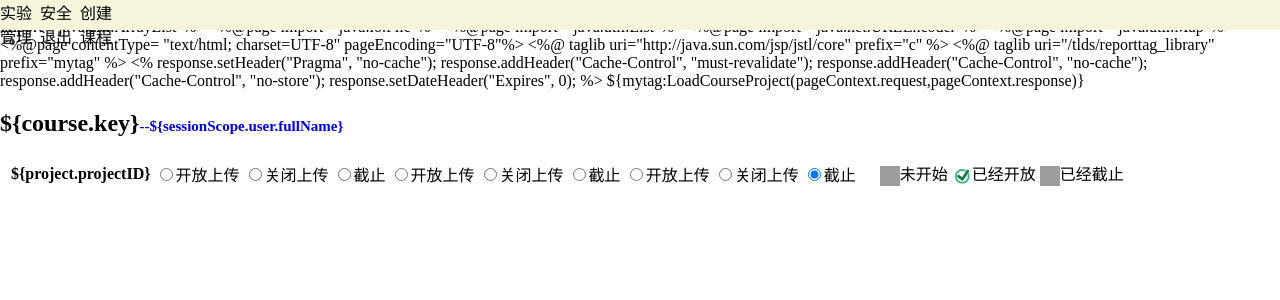
Repository: IAmJiangWenHao/ReportServer
Page: web/demo.html
The author's editor kept a copy of each file at every save. The page is drawn from the files as they stood at one save, then again after the next save.
The browser window is 1280 px wide. The pictures show the whole page.
Pictures or frames that could not be fetched are drawn as grey boxes.

Above is the page before, as saved 2023-05-18 16:24:25.

### web/demo.html
<%@page import="com.report.javabeans.ExpClass"%>
<%@page import="com.report.javabeans.Project"%>
<%@page import="com.report.javabeans.User"%>
<%@page import="java.util.ArrayList"%>
<%@page import="java.io.File"%>
<%@page import="java.util.List"%>
<%@page import="java.net.URLEncoder"%>
<%@page import="java.util.Map"%>
<%@page contentType= "text/html; charset=UTF-8" pageEncoding="UTF-8"%>

<%@ taglib uri="http://java.sun.com/jsp/jstl/core" prefix="c" %>
<%@ taglib uri="/tlds/reporttag_library" prefix="mytag" %>
<!--script type="text/javascript" src="${pageContext.request.contextPath}/script/scriptV1.js?v=1.0"></script-->
<!DOCTYPE html>
<html>
  <%
    response.setHeader("Pragma", "no-cache");
    response.addHeader("Cache-Control", "must-revalidate");
    response.addHeader("Cache-Control", "no-cache");
    response.addHeader("Cache-Control", "no-store");
    response.setDateHeader("Expires", 0);
  %>
  <head>
    <meta http-equiv="Content-Type" content="text/html; charset=UTF-8">
    <title>实验上传系统 </title>
  </head>
  <body style="margin:0">
    ${mytag:LoadCourseProject(pageContext.request,pageContext.response)}
    <script>
      window.onload = function () {//Ajax实现更新项目状态
        var ratios = document.getElementsByTagName("input");//获取所有input（本页面的input只有单选按钮）
        var map = new Map();//记录单选按钮旧值
        for (var i = 0; i < ratios.length; i++) {
          map.set((i + 1).toString(), ratios[i].checked);
          //oninput事件在input的值发生改变时触发，这里监听单选按钮值得改变
          ratios[i].oninput = function () {
            var r = false;
            if (this.value === "deadline") {//是否选择截止
              //是否确认修改
              r = confirm("截止后不可再设置，确定截止？");
            }
            //取消截止
            if (this.value === "deadline" && r === false) {
              var list = document.getElementsByName(this.name);
              for (var j = 0; j < list.length; j++)
                list[j].checked = map.get(list[j].id);
              return;
            }
            ratioName = this.name;
            //确定截止，不允许再更改状态
            if (this.value === "deadline") {
              var list = document.getElementsByName(this.name);
              for (var j = 0; j < list.length; j++)
              {
                list[j].disabled = "disable";
                map.set(list[j].id, list[j].checked);
              }
            } else {
              var list = document.getElementsByName(this.name);
              for (var j = 0; j < list.length; j++)
                map.set(list[j].id, false);
              map.set(this.id, this.checked);
            }
            var formData = new FormData();//FormData 对象
            var course = ratioName.substr(0, ratioName.indexOf("-"));
            var project = ratioName.substr(ratioName.indexOf("-") + 1, ratioName.length - 1);
            //添加KV
            formData.append("project", project);//项目
            formData.append("course", course); //课程名
            formData.append("status", this.value);//状态
            var cell = document.getElementById(this.name);
            //显示实验项目状态提示信息
            cell.innerHTML = "&nbsp;&nbsp;&nbsp;&nbsp;&nbsp;";
            if (this.value === "open")
              cell.innerHTML += "<img style=\"vertical-align: middle;height:20px;width:20px\" src=\"./img/check.jpg\"/>已经开放";
            if (this.value === "close")
              cell.innerHTML += "<img style=\"vertical-align: middle;height:20px;width:20px\" src=\"./img/undone.png\"/>未开始";
            if (this.value === "deadline")
              cell.innerHTML += "<img style=\"vertical-align: middle;height:20px;width:20px\" src=\"./img/deadline.jpg\"/>已截止";
            //1.创建请求对象
            const xhr = new XMLHttpRequest();
            //2.设置请求行，这里用post(get请求数据写在url后面)
            //updateProject.do实现后端更新
            xhr.open("post", getAppPath() + "/updateProject.do");
            //3.设置请求头(get请求可以省略,post不发送数据也可以省略)
            //xhr.setRequestHeader("Content-type","application/x-www-form-urlencoded");
            // 用formData可以不写请求头，写了无法正常上传文件
            //4.请求主体发送(get请求为空，或者写null，post请求数据写在这里，
            //如果没有数据，直接为空或者写null)
            xhr.send(formData);
            //注册回调函数
            xhr.onload = function ()
            {
              if (xhr.readyState === 4)
              {
                if (xhr.status >= 200 && xhr.status <= 300)
                { //判断响应码 2XX 表示成功
                  console.log(xhr.response.toString());
                } else
                  console.log("响应码：" + xhr.status); //状态码
              } else
                console.log(xhr.readyState);
              ;
            };
          };
        }
        ;
      };
    </script>
    <script>
      function getAppPath() {
        //获取当前URL
        var curURL = window.document.location.href;
        //获取主机地址之后的路径部分（就是文件地址）
        var pathName = window.document.location.pathname;
        var pos = curURL.indexOf(pathName);
        //获取应用地址
        var host = curURL.substring(0, pos);
        //获取带"/"的应用名，如：/***
        var webAppName = pathName.substring(0, pathName.substr(1).indexOf('/') + 1);
        return host + webAppName;
      }
    </script>
    <script>
      var isIE = /msie/i.test(navigator.userAgent) && !window.opera;
      function fileChange(target, type) {
        var fileSize = 0;
        var filepath = target.value;
        var filemaxsize = 1024 * 5;//5M
        var flag = -1;
        if (filepath) {
          var fileend = filepath.substring(filepath.lastIndexOf("."));
          // alert(fileend);
          if (type && type.length > 0) {
            //alert(fileend.indexOf(type));
            if (fileend !== ".xlsx") {
              alert("只接受xlsx类型的文件！");
              target.value = "";
              return false;
            }
          }
        } else {
          return false;
        }
        if (isIE && !target.files) {
          var filePath = target.value;
          var fileSystem = new ActiveXObject("Scripting.FileSystemObject");
          if (!fileSystem.FileExists(filePath)) {
            alert("附件不存在，请重新输入！");
            return false;
          }
          var file = fileSystem.GetFile(filePath);
          fileSize = file.Size;
        } else {
          fileSize = target.files[0].size;
        }

        var size = fileSize / 1024;
        if (size > filemaxsize) {
          alert("附件大小不能大于" + filemaxsize / 1024 + "M！");
          target.value = "";
          return false;
        }
        if (size <= 0) {
          alert("附件大小不能为0M！");
          target.value = "";
          return false;
        }
      }
      function Check()
      {
        for (var i = 0; i < document.form1.elements.length - 1; i++)
        {
          if (document.form1.elements[i].value === "")
          {
            alert("不可空！");
            document.form1.elements[i].focus();
            return false;
          }
        }
        return true;
      }
      function cls() {
        var createCell = document.getElementById("createCourse");
        createCell.innerHTML = "";
      }

      function createCourse() {
        var createCell = document.getElementById("createCourse");
        createCell.innerHTML = "<form action=\"../uploadCourseServlet\" enctype=\"multipart/form-data\" method=\"post\" name=\"form1\" onSubmit=\"return Check()\"><table></tr><tr> <td>建课模板：</td><td><a href=\"实验课模板.xlsx\">下载</a></td></tr><tr><td>课程名：</td><td><input style=\" font-size:16px\" type=\"text\" name=\"courseName\" size=\"20\"/>(例：程序设计实验)</td></tr><tr><td>班级：</td><td><input style=\" font-size:16px\" type=\"text\" name=\"className\" size=\"20\"/>(例:信安201)</td></tr><tr> <td>文件：</td><td><input style=\" font-size:16px\" type=\"file\" name=\"file\" size=\"40\" id=\"fup\" onchange=\'fileChange(this,\".xlsx\");\'/></td><tr><td style=\"height:50px;\" align=\"right\" ><input style=\" font-size:16px\" type=\"submit\" value=\"提交\" size='30'/> </td><td align=\"left\"><input style=\" font-size:16px\" type=\"button\" value=\"关闭\" size='30' onclick=\"cls()\"/> </td></tr></table></form>";
      }
    </script>
    <div >
        <div style="display: flex; position: fixed; top: 0; width: 100%; background-color: beige;  height:auto;">
            <div style="width: 40px;height:30px;" color="black" > 实验管理</div>
            <div style="width: 40px;height:30px;" style="font-size:15px"><a style="color:black;text-decoration: none;" href="../exit">安全退出</a></div>
            <div style="width: 40px;height:30px;" style="cursor:hand" onclick="createCourse()">创建课程</div>
        </div>

      <div id="createCourse">

      </div>


    <c:forEach var="course" items="${sessionScope.courseData}" varStatus="statusCourse">
      <h2> ${course.key}<font style="font-size:15px;color:blue">--${sessionScope.user.fullName}</font></h2><p>
      <table>
        <c:forEach var="project" items="${course.value}" varStatus="statusProject">
          <tr style=" height: 30px;border: 1px">
            <td>&nbsp;&nbsp;<b>${project.projectID}</b></td>
            <td><!-- 3.一组单选按钮 radio（同name），只能选一个
                     request.getParameter("***")-->
              <c:if test="${project.state==0}">
                <input type="radio" id="${"course".concat(statusCourse.count).concat(statusProject.count).concat(1)}"  name="${course.key.concat("-").concat(project.projectID)}" value="open">开放上传
                <input type="radio" id="${"course".concat(statusCourse.count).concat(statusProject.count).concat(1)}"  name="${course.key.concat("-").concat(project.projectID)}" value="close" checked="true">关闭上传
                <input type="radio" id="${"course".concat(statusCourse.count).concat(statusProject.count).concat(1)}"  name="${course.key.concat("-").concat(project.projectID)}" value="deadline">截止
              </c:if>
              <c:if test="${project.state==1}">
                <input type="radio" id="${"course".concat(statusCourse.count).concat(statusProject.count).concat(1)}"  name="${course.key.concat("-").concat(project.projectID)}" value="open" checked="true">开放上传
                <input type="radio" id="${"course".concat(statusCourse.count).concat(statusProject.count).concat(1)}"  name="${course.key.concat("-").concat(project.projectID)}" value="close" >关闭上传
                <input type="radio" id="${"course".concat(statusCourse.count).concat(statusProject.count).concat(1)}"  name="${course.key.concat("-").concat(project.projectID)}" value="deadline">截止
              </c:if>
              <c:if test="${project.state==2}">
                <input type="radio" id="${"course".concat(statusCourse.count).concat(statusProject.count).concat(1)}"  name="${course.key.concat("-").concat(project.projectID)}" value="open">开放上传
                <input type="radio" id="${"course".concat(statusCourse.count).concat(statusProject.count).concat(1)}"  name="${course.key.concat("-").concat(project.projectID)}" value="close" >关闭上传
                <input type="radio" id="${"course".concat(statusCourse.count).concat(statusProject.count).concat(1)}"  name="${course.key.concat("-").concat(project.projectID)}" value="deadline" checked="true">截止
              </c:if>
            </td>
            <td id="${course.key.concat("-").concat(project.projectID)}">&nbsp;&nbsp;&nbsp;&nbsp;
              <c:if test="${project.state==0}" >
                <img style="vertical-align: middle;height:20px;width:20px" alt="" src="../img/undone.jpg"/>未开始
              </c:if>
              <c:if test="${project.state==1}" >
                <img style="vertical-align: middle;height:20px;width:20px" alt="" src="../img/check.jpg"/>已经开放
              </c:if>
              <c:if test="${project.state==2}" >
                <img style="vertical-align: middle;height:20px;width:20px" alt="" src="../img/deadline.png"/>已经截止
              </c:if>
            </td>
          </tr>
        </c:forEach>
      </table>
    </c:forEach>
  </div>
</body>
</html>

After the next save:
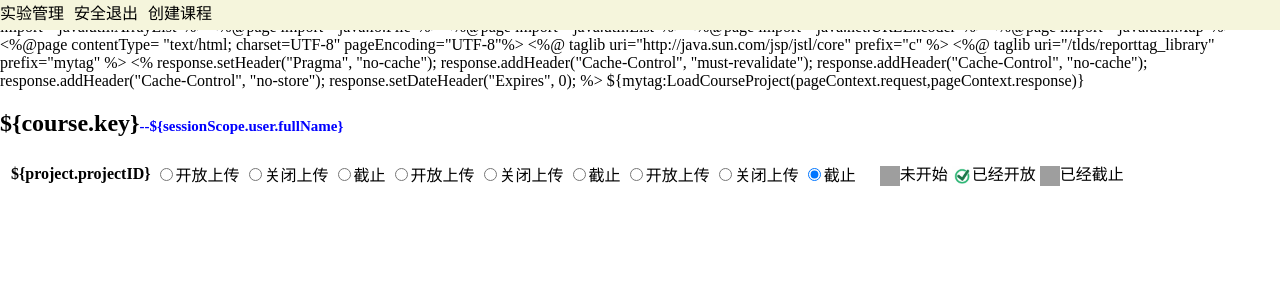
Saved 44 s later.
--- a/web/demo.html
+++ b/web/demo.html
@@ -192,9 +192,9 @@
     </script>
     <div >
         <div style="display: flex; position: fixed; top: 0; width: 100%; background-color: beige;  height:auto;">
-            <div style="width: 40px;height:30px;" color="black" > 实验管理</div>
-            <div style="width: 40px;height:30px;" style="font-size:15px"><a style="color:black;text-decoration: none;" href="../exit">安全退出</a></div>
-            <div style="width: 40px;height:30px;" style="cursor:hand" onclick="createCourse()">创建课程</div>
+            <div style="margin-right:10px; width: auto;height:30px;" color="black" > 实验管理</div>
+            <div style="margin-right:10px; width: auto;height:30px;" style="font-size:15px"><a style="color:black;text-decoration: none;" href="../exit">安全退出</a></div>
+            <div style="margin-right:10px; width: auto;height:30px;" style="cursor:hand" onclick="createCourse()">创建课程</div>
         </div>
 
       <div id="createCourse">
